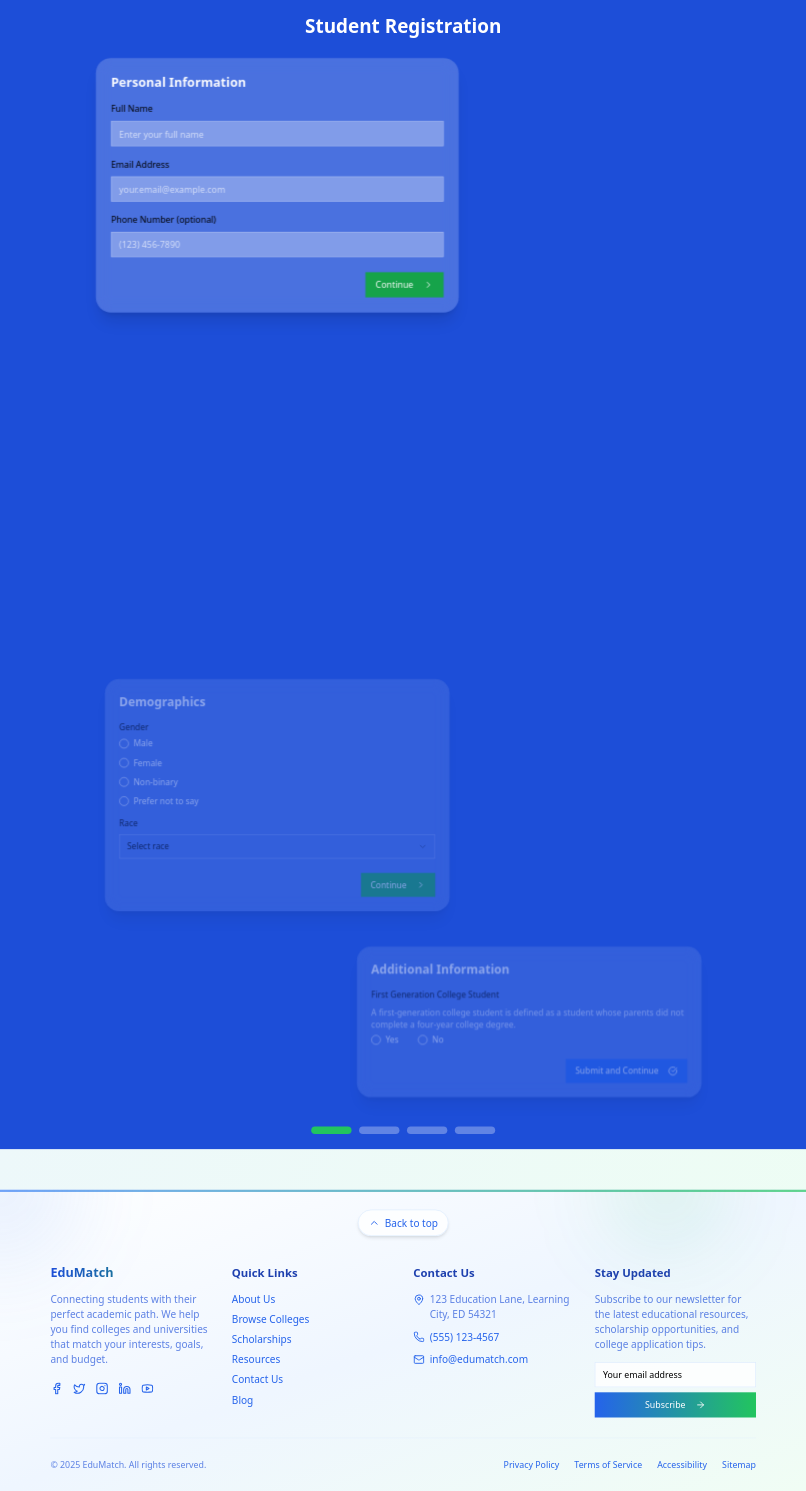
Repository: Kish202/EdTech
Page: /register
The author's editor kept a copy of each file at every save. The page is drawn from the files as they stood at one save, then again after the next save.
The browser window is 1280 px wide. The pictures show the whole page, at 63% of full size.
The project was rebuilt for these pictures with package versions that can differ from the ones it lists, and the page was loaded fresh each time. Also part of the build but not shown: vite.config.js, src/components/sections/Navbar.jsx, src/components/registerforms/RegisterForm.jsx, src/components/sections/Hero.jsx, src/components/sections/Steps.jsx, src/components/ui/avatar.jsx, src/components/sections/Testmonials.jsx, src/components/ui/alert.jsx and 11 more.

Above is the page before, as saved 2025-04-18 18:34:25.

After the next save:
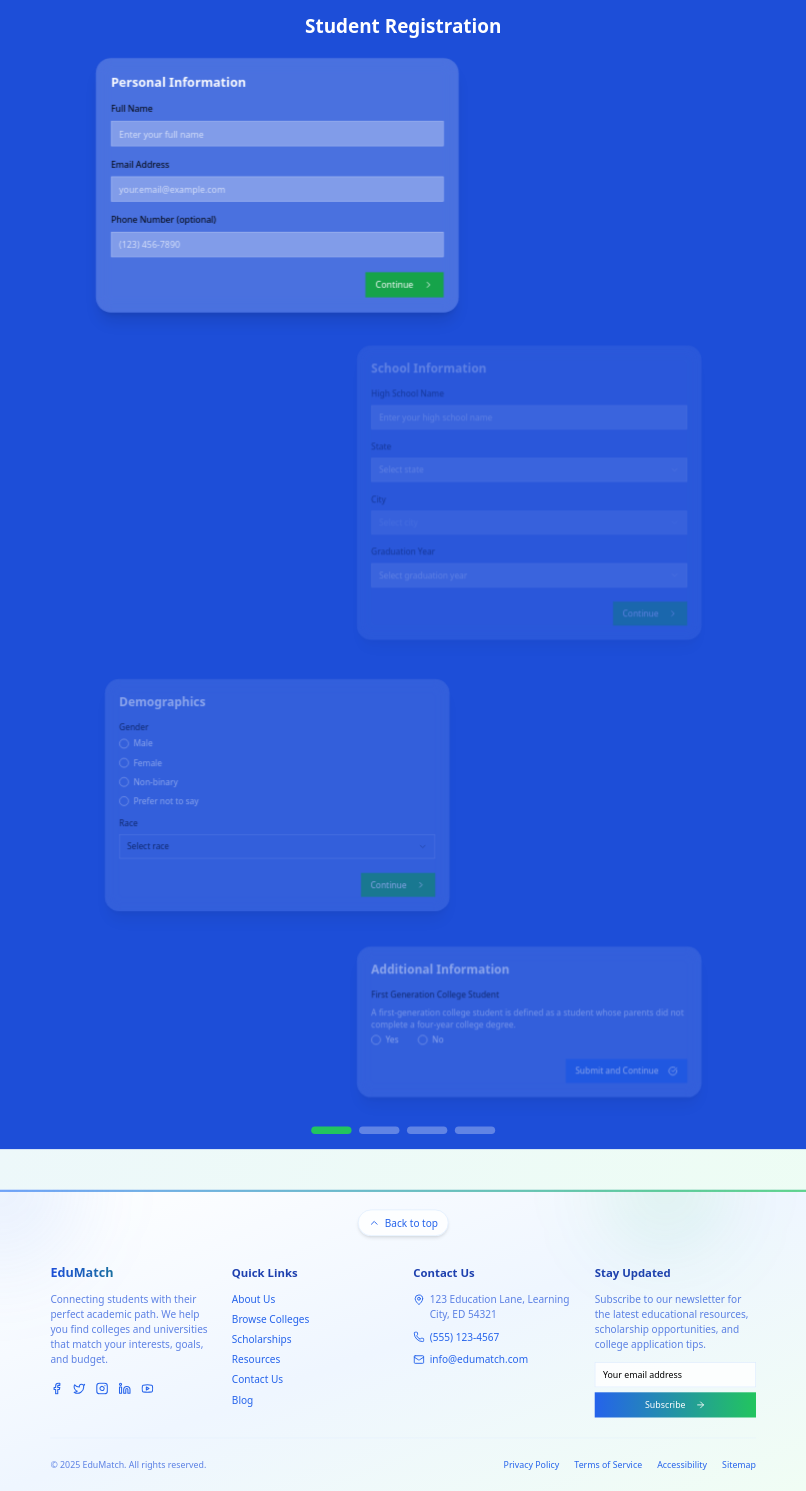
Saved 7 s later.
--- a/src/components/registerforms/Form1.jsx
+++ b/src/components/registerforms/Form1.jsx
@@ -354,7 +354,7 @@ export default function RegistrationForm() {
         {/* Card 2: School Information */}
         <Card
           ref={cardRefs[1]}
-          className={`bg-white/20 backdrop-blur-md shadow-xl border-0 transition-all duration-300 transform max-w-xl mr-0 md:mr-32 ml-auto rounded-3xl ${currentCard === 1 ? 'scale-100 opacity-100' : currentCard < 1 ? 'scale-95 opacity-0' : 'scale-95 opacity-70'}`}
+          className={`bg-white/20 backdrop-blur-md shadow-xl border-0 transition-all duration-300 transform max-w-xl mr-0 md:mr-32 ml-auto rounded-3xl ${currentCard === 1 ? 'scale-100 opacity-100' : currentCard < 1 ? 'scale-95 opacity-30' : 'scale-95 opacity-70'}`}
         >
           <CardContent className="pt-6">
             <h2 className="text-xl font-semibold mb-4 text-white">School Information</h2>
